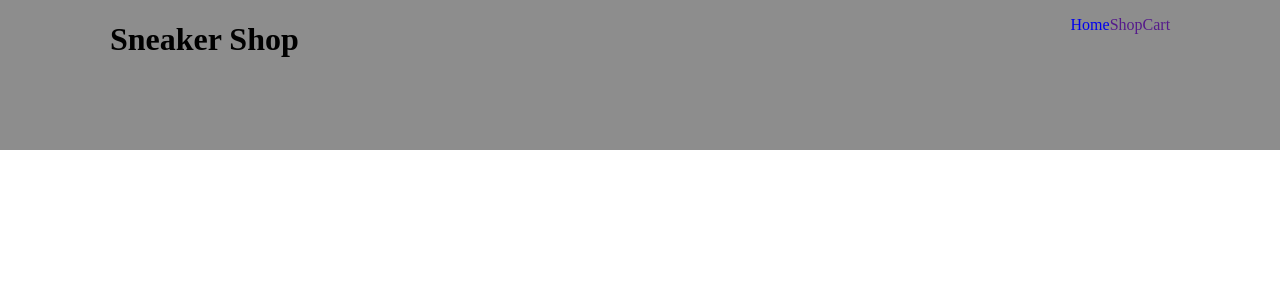
Repository: Siphamandla201/SneakerEcom
Page: products.html
The author's editor kept a copy of each file at every save. The page is drawn from the files as they stood at one save, then again after a run of saves.
The browser window is 1280 px wide. The pictures show the whole page.

Above is the page before, as saved 2023-08-17 16:11:58.

After the next 2 saves:
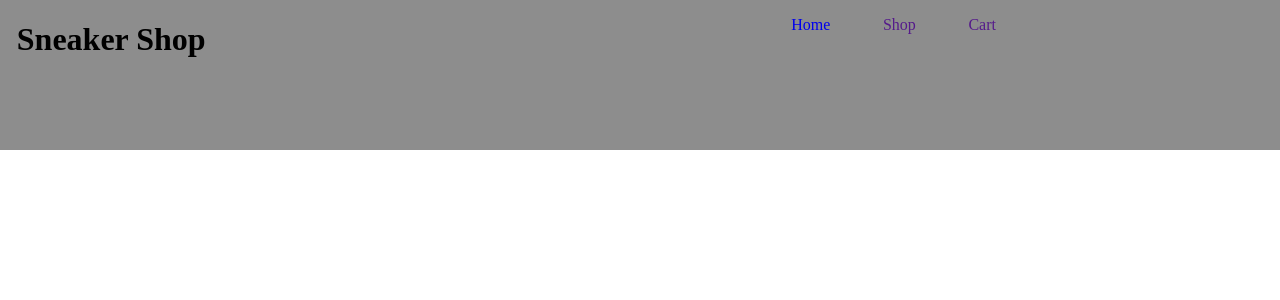
The 2 saves are shown as one change because they came seconds apart.
The last was saved 7 s later.
--- a/products.html
+++ b/products.html
@@ -23,7 +23,7 @@
         }
 
         nav {
-            40
+            width: 40%;
         }
 
         ul {
